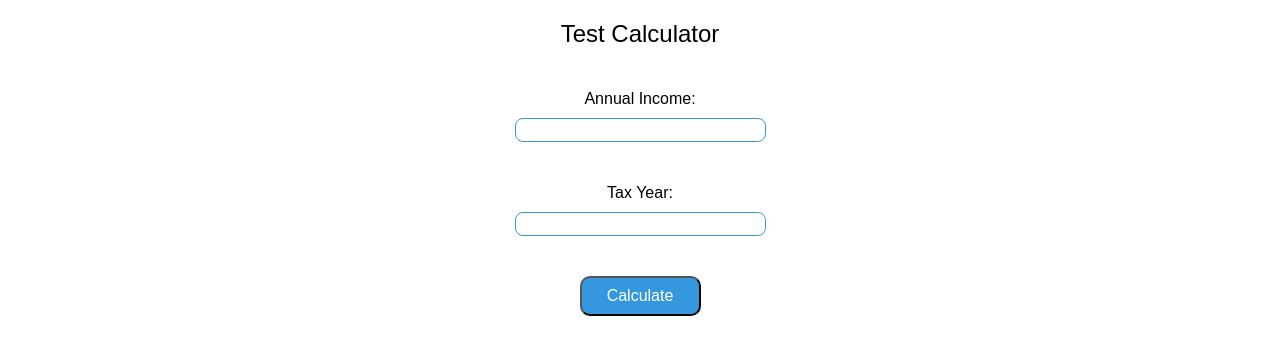
Repository: jbpadilha/taxcalculator
Page: /
These files come from the project's save history. The page is drawn as it stood at one moment and after the next save; the edit follows.
The browser window is 1280 px wide. The pictures show the whole page.
The project was rebuilt for these pictures with package versions that can differ from the ones it lists, and the page was loaded fresh each time.

Above is the page before, as saved 2023-06-16 21:27:23.

### src/App.tsx
import React from 'react';
import logo from './logo.svg';
import './App.css';
import RoutesComponent from './components/RouteComponent';

const App = () => {
  return (
    <div className="App">
      <header className="Tax-header">

      </header>
      <main>
        <RoutesComponent />
      </main>
      <footer>
        <div></div>
      </footer>
    </div>
  );
}

export default App;

### src/components/RouteComponent.tsx
import React from 'react';
import { BrowserRouter as Router, Route, Routes } from 'react-router-dom';

const Main = React.lazy(() => import('./Main'));
const ResultTax = React.lazy(() => import('./ResultTax'));

const RoutesComponent = () => {
    return (
        <Router>
            <Routes>
                <Route path={"/"} element={<Main />} />
                <Route path={"/results"} element={<ResultTax />} />
                <Route path="*" element={<Main />} />
            </Routes>
        </Router>
    );
}

export default RoutesComponent;

### src/components/Main.tsx
import React from 'react';

const styles = {
    content: {
        marginTop: 20,
        minHeight: 200,
    },
    title: {
        margin: 'auto',
        marginTop: 20,
        width: 164,
        height: 28,
        fontFamily: 'Arial',
        fontSize: 24,
        color: '#000000',
        textDecoration: 'none solid rgb(0, 0, 0)',
    },
    contentInput: {
        marginTop: 40,
    },
    marginInput: {
        marginTop: 10,
    },
    titleInput: {
        paddingTop: 10,
        width: 111,
        height: 18,
        fontFamily: 'Arial',
        fontSize: 16,
        color: '#000000',
        textSecoration: 'none solid rgb(0, 0, 0)',
    },
    input: {
        width: 233,
        height: 22,
        padding: '0px 8px',
        border: '1px solid #3598de',
        borderRadius: 8,
        backgroundColor: '#ffffff',
        backgroundSize: 'cover',
        fontFamily: 'Arial',
        fontSize: 14,
        color: '#3598de',
        textDecoration: 'none solid rgb(53, 152, 222)'
    },
    button: {
        width: 121,
        height: 40,
        borderRadius: 10,
        backgroundColor: '#3598de',
        backgroundSize: 'cover',
        fontFamily: 'Arial',
        fontSize: 16,
        color: '#ffffff',
        textDecoration: 'none solid rgb(255, 255, 255)',
    },
};

const Main = () => {

    const calculate = () => {};

    return (
        <div style={styles.content}>
            <div style={styles.title}>Test Calculator</div>
            <div style={styles.content}>
                <div style={styles.contentInput}>
                    <div>
                        <label htmlFor='income' style={styles.titleInput}>Annual Income:</label>
                    </div>
                    <div style={styles.marginInput}>
                        <input style={styles.input} type="text" id="income" name="income" />
                    </div>
                </div>
                <div style={styles.contentInput}>
                    <div>
                        <label htmlFor='taxYear' style={styles.titleInput}>Tax Year:</label>
                    </div>
                    <div style={styles.marginInput}>
                        <input style={styles.input} type="text" id="taxYear" name="taxYear" />
                    </div>
                </div>
                <div style={styles.contentInput}>
                    <button style={styles.button} onClick={calculate}>Calculate</button>
                </div>
            </div>
        </div>
    );
}

export default Main;

### src/config/constants.ts
export const years = new Map<string, string>();
years.set('2019', '2019');
years.set('2020', '2020');
years.set('2021', '2021');
years.set('2022', '2022');

Loaded but not shown: public/index.html (common file); src/index.tsx (common file); src/index.css (common file); src/reportWebVitals.ts (common file); src/App.css (common file)

After the next save:
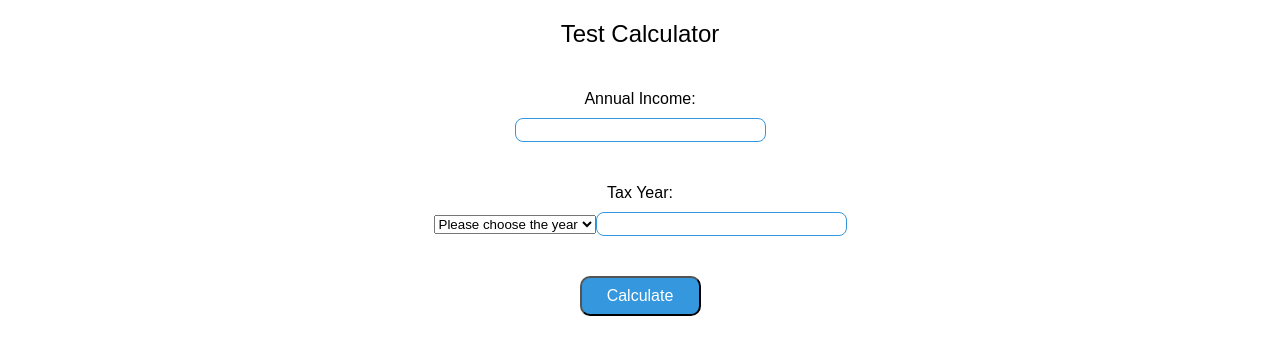
Saved 5 min 27 s later.
--- a/src/components/Main.tsx
+++ b/src/components/Main.tsx
@@ -1,4 +1,5 @@
 import React from 'react';
+import { years } from '../config/constants';
 
 const styles = {
     content: {
@@ -77,6 +78,15 @@ const Main = () => {
                         <label htmlFor='taxYear' style={styles.titleInput}>Tax Year:</label>
                     </div>
                     <div style={styles.marginInput}>
+                    <select onChange={()=>{}}>
+                        <option>Please choose the year</option>
+                        {Array.from(years.entries()).map((entry) => {
+                            const [key, value ] = entry;
+                            return (<option key={key} >
+                                {value}
+                            </option>);
+                        })}
+                    </select>
                         <input style={styles.input} type="text" id="taxYear" name="taxYear" />
                     </div>
                 </div>
